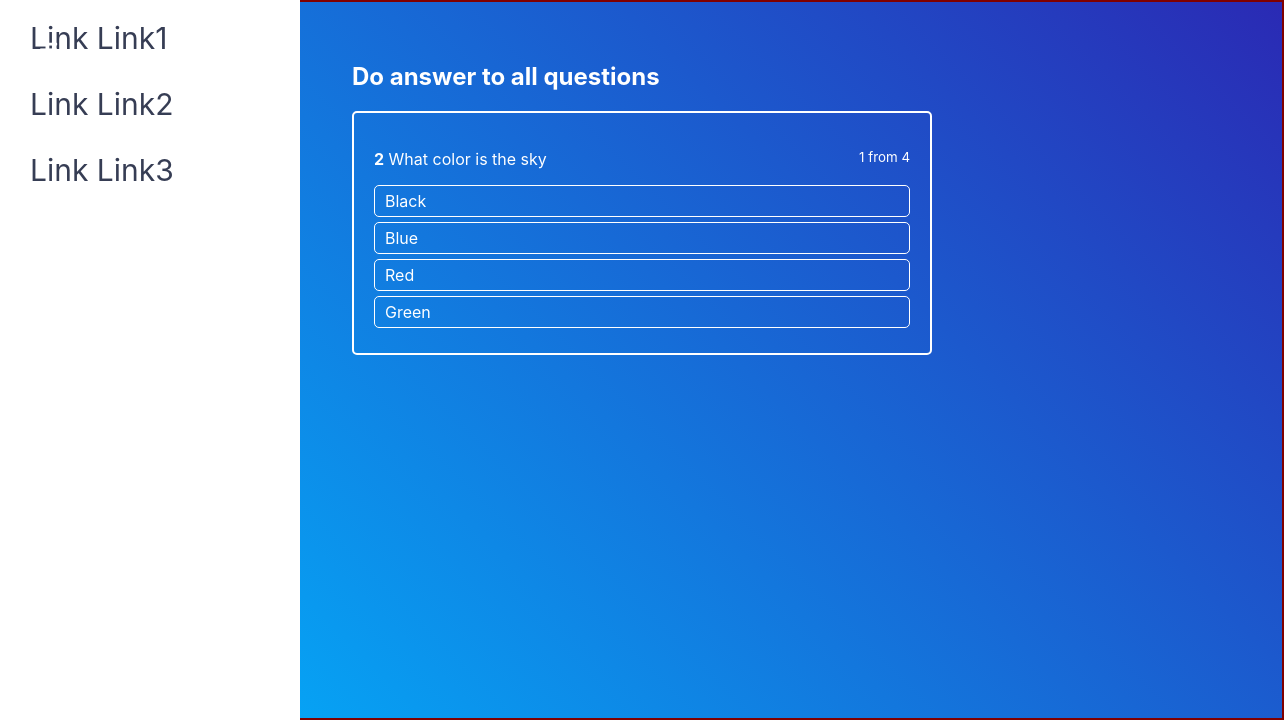
Repository: GregorPiev/react-quizes
Page: /
These files come from the project's save history. The page is drawn as it stood at one moment and after a run of saves; the edit follows.
The browser window is 1280 px wide. The page is 1284 px wide, so the pictures cover 1284 px, including what lies to the right of the window. The pictures show the whole page.
The project was rebuilt for these pictures with package versions that can differ from the ones it lists, and the page was loaded fresh each time. Also part of the build but not shown: src/components/FinishQuiz/FinishQuiz.module.css, src/components/UI/Button/Button.module.css, src/components/UI/Button/Button.js, src/components/FinishQuiz/FinishQuiz.js.

Above is the page before, as saved 2020-06-30 12:03:57.

After the next 2 saves:
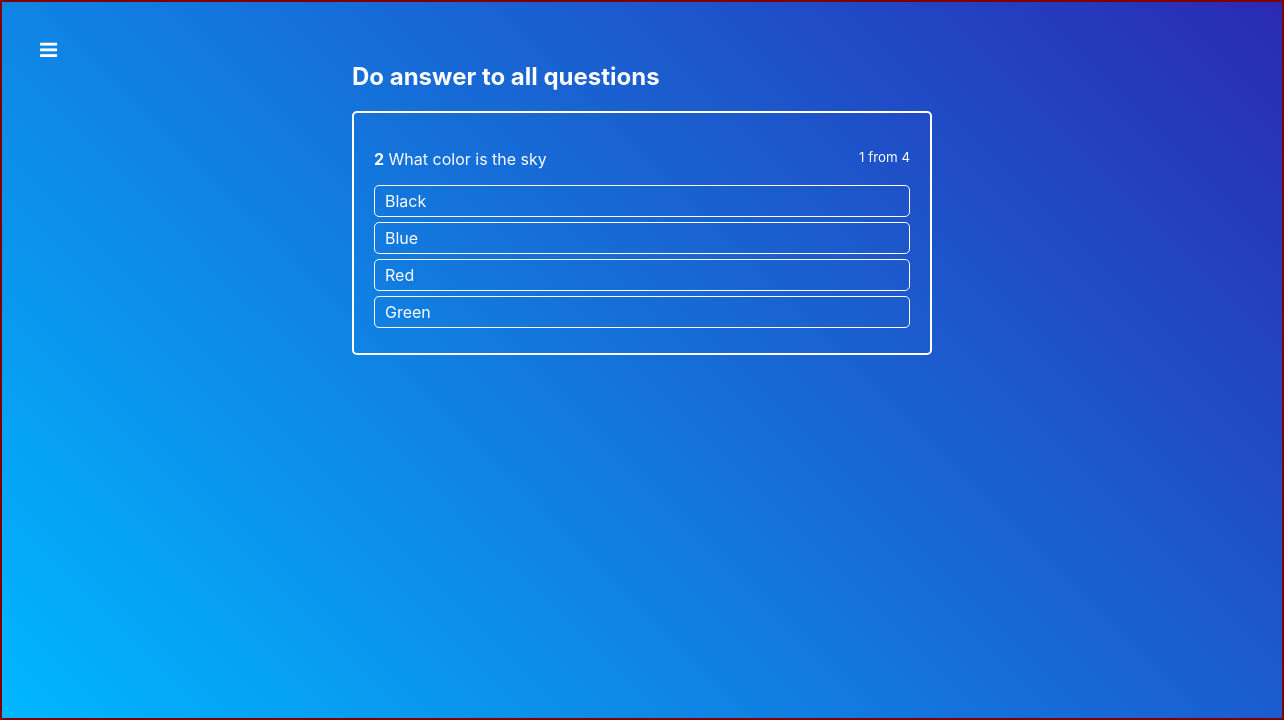
The 2 saves are shown as one change because 1 did not build or start.
The last was saved 2 min 24 s later.
--- a/src/components/Navigation/Drawer/Drawer.js
+++ b/src/components/Navigation/Drawer/Drawer.js
@@ -5,14 +5,11 @@ export default class Drawer extends React.Component {
 
     renderLinks() {
         const Links = ['Link1', 'Link2', 'Link3'];
-        const cls = [classes.Drawer];
+
 
         console.log('Drawer:', this.props)
 
-        if (!this.props.isOpen) {
-            console.log('Drawer isOpen:', this.props.isOpen)
-            cls.push(classes.close);
-        }
+
         return Links.map((link, index) => {
             return (
                 <li key={index}>
@@ -22,8 +19,14 @@ export default class Drawer extends React.Component {
         })
     }
     render() {
+        const cls = [classes.Drawer];
+        if (!this.props.isOpen) {
+            console.log('Drawer isOpen:', this.props.isOpen)
+            cls.push(classes.close);
+        }
+
         return (
-            <nav className={classes.Drawer}>
+            <nav className={cls.join(' ')}>
                 <ul>
                     {this.renderLinks()}
                 </ul>
